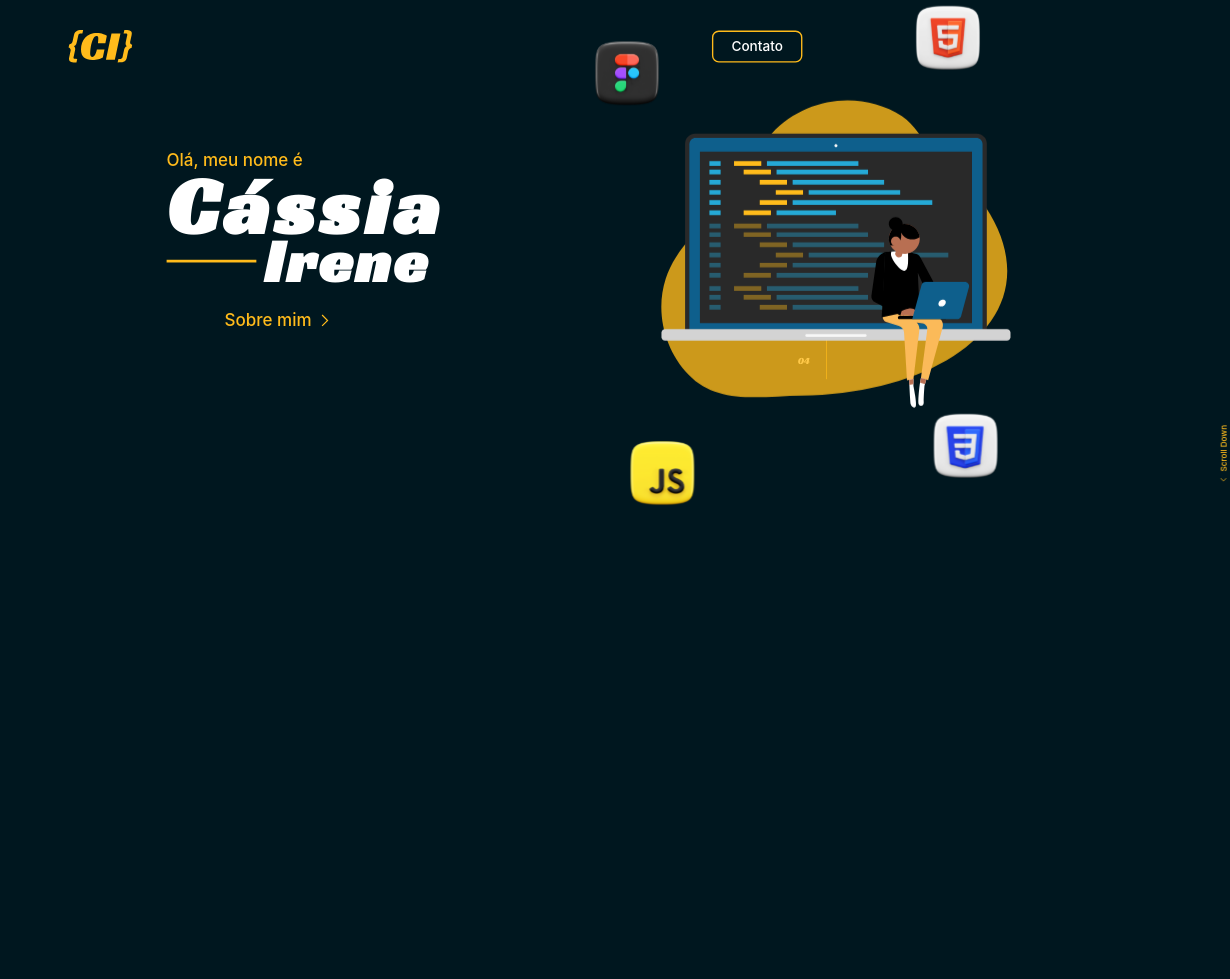
Repository: Cassia-Irene/My-Portfolio
Page: /
These files come from the project's save history. The page is drawn as it stood at one moment and after the next save; the edit follows.
The browser window is 1280 px wide. The page is 1809 px wide, so the pictures cover 1809 px, including what lies to the right of the window. The pictures show the whole page, at 68% of full size.
The project was rebuilt for these pictures with package versions that can differ from the ones it lists, and the page was loaded fresh each time. Also part of the build but not shown: vite.config.ts.

Above is the page before, as saved 2025-08-03 22:11:25.

### index.html
<!doctype html>
<html lang="en">
  <head>
    <meta charset="UTF-8" />
    <link rel="icon" type="image/svg+xml" href="./src/assets/logo.svg" />
    <meta name="viewport" content="width=device-width, initial-scale=1.0" />
    <link rel="preconnect" href="https://fonts.googleapis.com">
    <link rel="preconnect" href="https://fonts.gstatic.com" crossorigin>
    <link href="https://fonts.googleapis.com/css2?family=Racing+Sans+One&display=swap" rel="stylesheet">
    <title>Cássia Nascimento</title>
  </head>
  <body>
    <div id="root"></div>
    <script type="module" src="/src/main.tsx"></script>
  </body>
</html>

### src/index.css
* {
  padding: 0;
  margin: 0;
}

body {
  margin: 0;
  display: flex;
  place-items: center;
  min-width: 320px;
  min-height: 100vh;
}

body {
  background-color: #00171F;
}

### src/App.tsx
import React from "react";
import GlobalStyle from './GlobalStyle';
import Header from './Header';
import Hero from './Hero';
import SidebarNavigation from "./SidebarNavigation";
import SobreMim from './SobreMim';

const App: React.FC = () => {

  return (
    <>
    <SidebarNavigation />
      <GlobalStyle />
      <Header />
      <Hero />
      <SobreMim />
    </>
  );
};

export default App;

### src/GlobalStyle.ts
import { createGlobalStyle } from 'styled-components';

const GlobalStyle = createGlobalStyle`
  * {
    box-sizing: border-box;
  }

  body {
    margin: 0;
    padding: 0;
    overflow-x: hidden;
  }
  ::-webkit-scrollbar {
    width: 8px;
  }

`;

export default GlobalStyle;

### src/Header.tsx
import styled from "styled-components";

const HeaderContainer = styled.header`
    width: 100%;
    position: fixed;
    top: 30px;
    display: flex;
    justify-content: space-between;
    align-items: center;
    padding: 0 100px;
}
`;

const Logo = styled.img`
    width: 95px;
    height: 76px;

`;

const ContatoButton = styled.button`
    width: 133px;
    height: 47px;
    border: solid 2px #FFBB1B;
    border-radius: 10px;
    background-color: transparent;
    color: #FFFFFF;
    font-family: 'Inter', sans-serif;
    font-weight: 500;
    font-size: 20px;
    cursor: pointer;
    transition: all 0.3s ease-out;

    &:hover {
        background-color: #FFBB1B;
        font-weight: 500;
    }

`;

const Header = () => {
  return (
    <HeaderContainer>
        <Logo src="/src/assets/logo.svg" alt="Logo" />
      <ContatoButton>Contato</ContatoButton>
    </HeaderContainer>
  );
};

export default Header;

### src/Hero.tsx
import styled from "styled-components";

import centralImg from "./assets/svg_central.svg";
import img1 from "./assets/svg_figma.svg";
import img2 from "./assets/svg_html.svg";
import img3 from "./assets/svg_js.svg";
import img4 from "./assets/svg_css.svg";
import ArrowRight from "./assets/svg_seta_hero_sobre-mim.svg";
import ArrowDown from "./assets/svg_seta-down.svg";

const HeroSection = styled.section`
  height: 100vh;
  display: flex;
  justify-content: space-between;
  align-items: center;
  padding: 0 122px;
  position: relative;
  gap: 107px;
`;

const Left = styled.div`
  display: flex;
  flex-direction: column;
`;

const Intro = styled.p`
  font-family: "Inter", sans-serif;
  font-size: 25px;
  font-weight: 500;
  color: #FFBB1B;
  position: relative;
  left: 30%;
`;

const Name = styled.h1`
  font-size: 120px;
  font-family: "Racing Sans One", sans-serif;
  color: #FFFFFF;
  letter-spacing: 8px;
  position: relative;
  margin-top: -23px;
  left: 30%;
`;

const IreneWrapper = styled.div`
  display: flex;
  align-items: center;
  gap: 11px;
  margin-top: -51px;
  position: relative;
  left: 30%;
`;

const Rectangle = styled.div`
  width: 132.02px;
  height: 4px;
  background-color: #ffbb1b;
`;

const Irene = styled.h2`
  font-size: 90px;
  font-family: "Racing Sans One", sans-serif;
  color: #FFFFFF;
  letter-spacing: 4px;
`;

const AboutArrowIcon = styled.img`
  transition: transform 0.4s ease-in-out;
`;

const AboutButton = styled.button`
  display: flex;
  position: relative;
  left: 46%;
  align-items: center;
  background: transparent;
  padding: 10px 20px;
  cursor: pointer;
  border: none;
  font-family: "Inter", sans-serif;
  font-size: 25px;
  font-weight: 500;
  color: #ffbb1b;


  &:hover ${AboutArrowIcon} {
    transform: rotate(90deg);
  }
`;

const Right = styled.div`
  position: relative;
  width: 520px;
  height: 400px;
`;

const FloatingImg = styled.img<{ top?: string; left?: string; right?: string; bottom?: string }>`
  position: absolute;
  width: 100px;
  animation: float 4s ease-in-out infinite;
  ${({ top, left, right, bottom }) => `
    top: ${top || "auto"};
    left: ${left || "auto"};
    right: ${right || "auto"};
    bottom: ${bottom || "auto"};
  `}

  @keyframes float {
    0%, 100% {
      transform: translateY(0px);
    }
    50% {
      transform: translateY(-15px);
    }
  }
`;

const CentralImg = styled.img`
  width: 550px;
  height: 535.96px;
  position: absolute;
  top: -10%;
  left: 60%;
  transform: translate(-50%, -50%);
  animation: float 5s ease-in-out infinite;
`;

const ScrollDown = styled.button`
  position: absolute;
  bottom: 85px;
  left: 137%;
  transform: translateX(-50%);
  background: none;
  border: none;
  cursor: pointer;
  display: flex;
  align-items: center;
  gap: 2px;
  font-family: "Inter", sans-serif;
  font-size: 12px;
  font-weight: 500;
  white-space: nowrap;
  color: #ffbb1b;
  rotate: 270deg;

  img {
    width: 20px;
    height: 20px;
    rotate: 90deg;
    }

  &:hover img {
    transform: translateY(5px);
    transition: 0.3s ease;
  }
`;

const Hero = () => {
  const scrollToNext = () => {
    const nextSection = document.getElementById("next");
    if (nextSection) {
      nextSection.scrollIntoView({ behavior: "smooth" });
    }
  };

  return (
    <HeroSection id="section-00">
      {/* Lado Esquerdo */}
      <Left>
        <Intro>Olá, meu nome é</Intro>
        <Name>Cássia</Name>
        <IreneWrapper>
          <Rectangle />
          <Irene>Irene</Irene>
        </IreneWrapper>
        <AboutButton>
          Sobre mim <AboutArrowIcon src={ArrowRight} alt="Seta para a direita" />
        </AboutButton>
      </Left>

      {/* Lado Direito */}
      <Right>
        <CentralImg src={centralImg} alt="Principal" />
        <FloatingImg src={img1} top="-22%" left="45%" />
        <FloatingImg src={img2} top="-35%" right="-55%" />
        <FloatingImg src={img3} bottom="-50%" left="55%" />
        <FloatingImg src={img4} bottom="-40%" right="-60%" />
      </Right>

      {/* Scroll Down */}
      <ScrollDown onClick={scrollToNext}>
        <img src={ArrowDown} alt="Scroll Down" />
        Scroll Down
      </ScrollDown>
    </HeroSection>
  );
};

export default Hero;

### src/SidebarNavigation.tsx
import { useEffect, useRef, useState } from "react";
import styled from "styled-components";

const sections = ["00", "01", "02", "03", "04"];

const SidebarNavigation = () => {
  const [activeIndex, setActiveIndex] = useState(0);
  const [hoverIndex, setHoverIndex] = useState<number | null>(null);
  const barRef = useRef<HTMLDivElement>(null);

  useEffect(() => {
    const observer = new IntersectionObserver(
      (entries) => {
        entries.forEach((entry) => {
          if (entry.isIntersecting) {
            const index = Number(entry.target.id.split("-")[1]);
            setActiveIndex(index);
          }
        });
      },
      { threshold: 0.6 }
    );

    sections.forEach((_, index) => {
      const el = document.getElementById(`section-${index}`);
      if (el) observer.observe(el);
    });

    return () => observer.disconnect();
  }, []);

  useEffect(() => {
    const heightPerItem = 54; // mesma altura dos dots
    const targetIndex = hoverIndex !== null ? hoverIndex : activeIndex;

    if (barRef.current) {
      barRef.current.style.transform = `translateY(${targetIndex * heightPerItem}px)`;
    }
  }, [activeIndex, hoverIndex]);

  const handleClick = (index: number) => {
    const target = document.getElementById(`section-${index}`);
    if (target) {
      target.scrollIntoView({ behavior: "smooth" });
    }
  };

const SidebarContainer = styled.div`
  position: fixed;
  top: 40%;
  left: 93%;
  width: 50px;
  display: flex;
`;


const DotsWrapper = styled.div`
  display: flex;
  height: 270px;
`;

const Line = styled.div`
  width: 0.5px;
  height: 100%;
  background-color: #FFBB1B;
  z-index: 0;
  position: relative;
  left: 25px;
`;

const ActiveBar = styled.div`
  position: absolute;
  width: 2.5px;
  height: 54px;
  background-color: #ffbb1b;
  transition: transform 0.6s ease-in-out;
  z-index: 1;
  left: 23px;
`;

const Dots = styled.div`
  display: flex;
  flex-direction: column;
  gap: 0px;
  z-index: 2;
  position: relative;
  right: 40px;
`;

const Dot = styled.button<{ isActive: boolean }>`
  width: 40px;
  height: 54px;
  background: none;
  border: none;
  color: #FFFFFF;
  font-size: 14px;
  font-family: "Racing Sans One", sans-serif;
  cursor: pointer;
  display: flex;
  align-items: center;
  justify-content: flex-end;

  &:hover {
    color: #ffbb1b;
`;

  return (
    <SidebarContainer>
      <DotsWrapper>
        <Line />
        <ActiveBar ref={barRef} />
        <Dots>
          {sections.map((label, index) => (
            <Dot
              key={index}
              onClick={() => handleClick(index)}
              onMouseEnter={() => setHoverIndex(index)}
              onMouseLeave={() => setHoverIndex(null)}
              isActive={activeIndex === index}
            >
              {label}
            </Dot>
          ))}
        </Dots>
      </DotsWrapper>
    </SidebarContainer>
  );
};

export default SidebarNavigation;

### src/SobreMim.tsx
import styled from "styled-components";

const SobreMim = styled.section`
  height: 100vh;
  display: flex;
  justify-content: space-between;
  align-items: center;
  padding: 0 122px;
  position: relative;
  gap: 107px;
`;
export default SobreMim;

Loaded but not shown: src/main.tsx (common file)

After the next save:
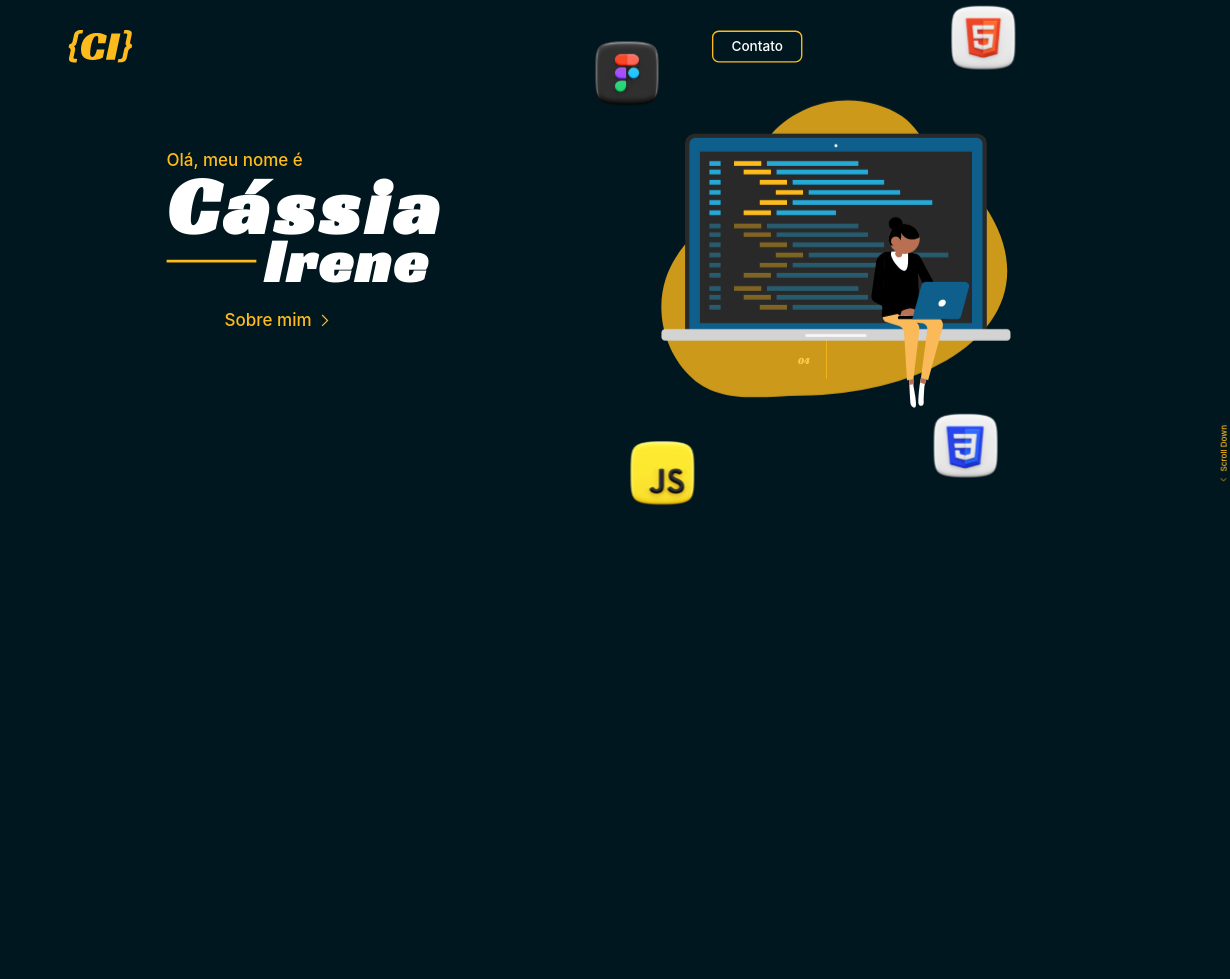
Saved 14 s later.
--- a/src/Hero.tsx
+++ b/src/Hero.tsx
@@ -182,7 +182,7 @@ const Hero = () => {
       <Right>
         <CentralImg src={centralImg} alt="Principal" />
         <FloatingImg src={img1} top="-22%" left="45%" />
-        <FloatingImg src={img2} top="-35%" right="-55%" />
+        <FloatingImg src={img2} top="-35%" right="-65%" />
         <FloatingImg src={img3} bottom="-50%" left="55%" />
         <FloatingImg src={img4} bottom="-40%" right="-60%" />
       </Right>
